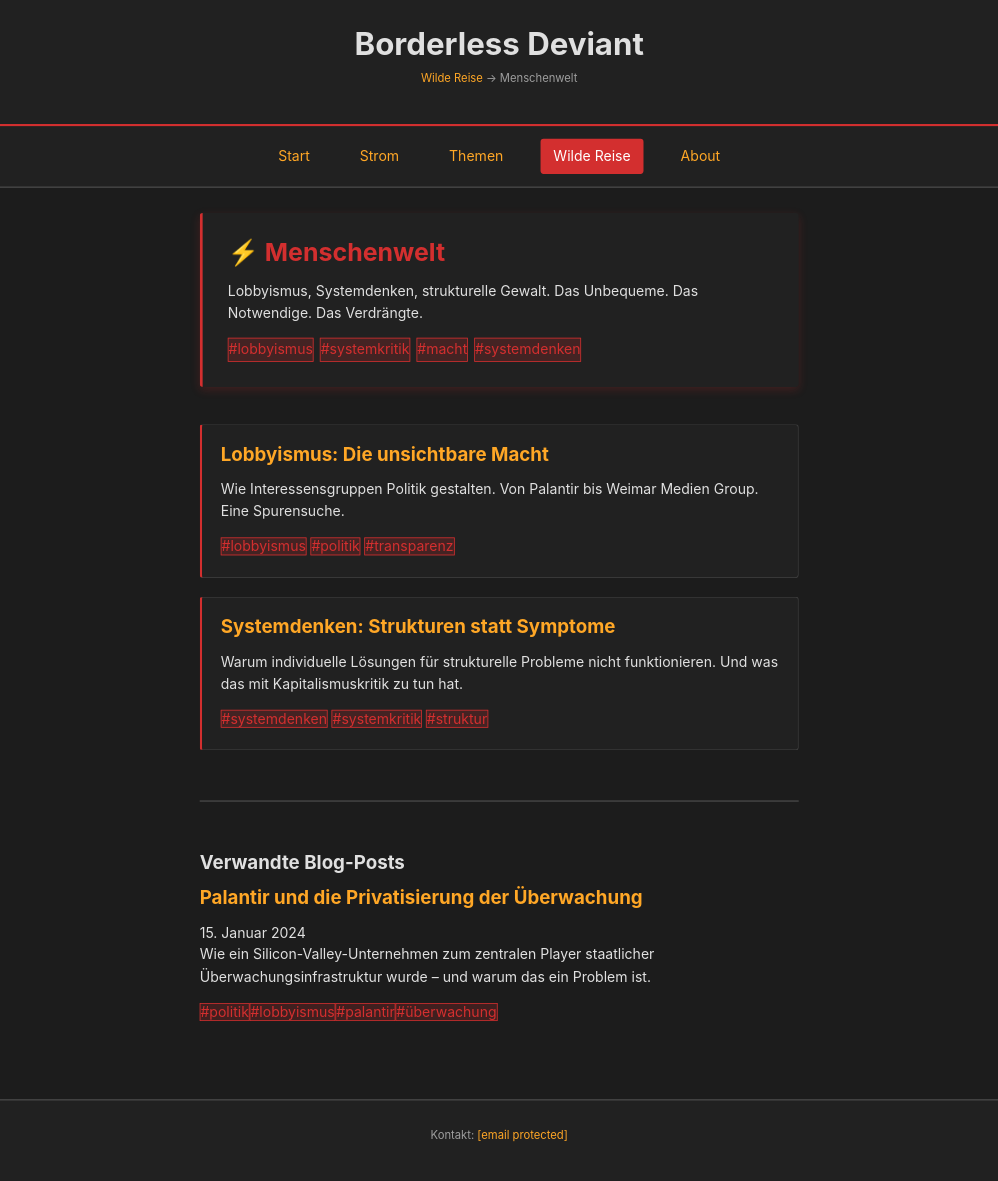
Repository: dev-without-borders/borderless-deviant
Page: bereiche/menschenwelt/index.html
An editor plug-in stored every save of this project. The page is shown before and after the next save, followed by the edit.
The browser window is 1280 px wide. The pictures show the whole page, at 78% of full size.

Above is the page before, as saved 2025-11-24 20:12:43.

### bereiche/menschenwelt/index.html
<!DOCTYPE html>
<html lang="de">
<head>
    <meta charset="UTF-8">
    <meta name="viewport" content="width=device-width, initial-scale=1.0">
    <title>Menschenwelt - Borderless Deviant</title>
    <link rel="stylesheet" href="../../css/base.css">
    <link rel="stylesheet" href="../../css/layout.css">
    <link rel="stylesheet" href="css/theme-menschenwelt.css">
</head>
<body class="theme-menschenwelt">
    <header class="site-header">
        <h1><a href="../../index.html">Borderless Deviant</a></h1>
        <p class="bereich-breadcrumb">
            <a href="../../wilde-reise.html">Wilde Reise</a> → Menschenwelt
        </p>
    </header>

    <nav class="main-nav">
        <a href="../../index.html">Start</a>
        <a href="../../strom.html">Strom</a>
        <a href="../../themen.html">Themen</a>
        <a href="../../wilde-reise.html" class="active">Wilde Reise</a>
        <a href="../../about.html">About</a>
    </nav>

    <main class="container">
        <section class="bereich-intro">
            <h2>⚡ Menschenwelt</h2>
            <p>
                Lobbyismus, Systemdenken, strukturelle Gewalt.
                Das Unbequeme. Das Notwendige. Das Verdrängte.
            </p>
            <div class="bereich-tags">
                <a href="../../themen.html?tag=%23lobbyismus" class="tag">#lobbyismus</a>
                <a href="../../themen.html?tag=%23systemkritik" class="tag">#systemkritik</a>
                <a href="../../themen.html?tag=%23macht" class="tag">#macht</a>
                <a href="../../themen.html?tag=%23systemdenken" class="tag">#systemdenken</a>
            </div>
        </section>

        <section class="bereich-content">
            <article class="static-post">
                <h3><a href="lobbyismus.html">Lobbyismus: Die unsichtbare Macht</a></h3>
                <p>
                    Wie Interessensgruppen Politik gestalten. Von Palantir bis
                    Weimar Medien Group. Eine Spurensuche.
                </p>
                <div class="post-tags">
                    <span class="tag" data-tag="#lobbyismus">#lobbyismus</span>
                    <span class="tag" data-tag="#politik">#politik</span>
                    <span class="tag" data-tag="#transparenz">#transparenz</span>
                </div>
            </article>

            <article class="static-post">
                <h3><a href="systemdenken.html">Systemdenken: Strukturen statt Symptome</a></h3>
                <p>
                    Warum individuelle Lösungen für strukturelle Probleme nicht funktionieren.
                    Und was das mit Kapitalismuskritik zu tun hat.
                </p>
                <div class="post-tags">
                    <span class="tag" data-tag="#systemdenken">#systemdenken</span>
                    <span class="tag" data-tag="#systemkritik">#systemkritik</span>
                    <span class="tag" data-tag="#struktur">#struktur</span>
                </div>
            </article>
        </section>

        <section class="related-from-blog">
            <h3>Verwandte Blog-Posts</h3>
            <div id="related-blog-posts">
                <!-- Wird von JavaScript gefüllt -->
            </div>
        </section>
    </main>

    <footer class="site-footer">
        <p>Kontakt: <a href="mailto:[email protected]">[email protected]</a></p>
    </footer>

    <script src="../../js/posts.js"></script>
    <script src="../../js/x-site-tags.js"></script>
    <script>
        loadRelatedPosts(['#lobbyismus', '#systemkritik', '#systemdenken', '#macht'], 'related-blog-posts');
        initCrossSiteTags();
    </script>
</body>
</html>

### css/base.css
/* ========================================
   RESET & BASICS
   ======================================== */

* {
    margin: 0;
    padding: 0;
    box-sizing: border-box;
}

:root {
    /* Farben - Platzhalter, später anpassen */
    --color-bg: #ffffff;
    --color-text: #1a1a1a;
    --color-accent: #0066cc;
    --color-muted: #666666;
    --color-border: #cccccc;

    /* Spacing */
    --space-xs: 0.5rem;
    --space-sm: 1rem;
    --space-md: 2rem;
    --space-lg: 4rem;

    /* Typography */
    --font-body: -apple-system, BlinkMacSystemFont, "Segoe UI", Roboto, sans-serif;
    --font-mono: "Courier New", Courier, monospace;

    --font-size-base: 18px;
    --line-height: 1.6;
}

body {
    font-family: var(--font-body);
    font-size: var(--font-size-base);
    line-height: var(--line-height);
    color: var(--color-text);
    background: var(--color-bg);
}

/* ========================================
   TYPOGRAPHY
   ======================================== */

h1, h2, h3, h4, h5, h6 {
    line-height: 1.2;
    margin-bottom: var(--space-sm);
}

h1 { font-size: 2.5rem; }
h2 { font-size: 2rem; }
h3 { font-size: 1.5rem; }

p {
    margin-bottom: var(--space-sm);
}

a {
    color: var(--color-accent);
    text-decoration: none;
}

a:hover {
    text-decoration: underline;
}

ul, ol {
    margin-left: var(--space-md);
    margin-bottom: var(--space-sm);
}

code {
    font-family: var(--font-mono);
    background: #f4f4f4;
    padding: 0.2em 0.4em;
    border-radius: 3px;
}

/* ========================================
   HEADER & FOOTER
   ======================================== */

.site-header {
    padding: var(--space-md) var(--space-sm);
    border-bottom: 2px solid var(--color-border);
    text-align: center;
}

.site-header h1 {
    margin-bottom: var(--space-xs);
}

.site-header h1 a {
    color: var(--color-text);
}

.tagline {
    color: var(--color-muted);
    font-size: 0.9rem;
}

.site-footer {
    margin-top: var(--space-lg);
    padding: var(--space-md) var(--space-sm);
    border-top: 2px solid var(--color-border);
    text-align: center;
    color: var(--color-muted);
    font-size: 0.9rem;
}

/* ========================================
   NAVIGATION
   ======================================== */

.main-nav {
    display: flex;
    justify-content: center;
    gap: var(--space-md);
    padding: var(--space-sm);
    background: #f9f9f9;
    border-bottom: 1px solid var(--color-border);
}

.main-nav a {
    padding: var(--space-xs) var(--space-sm);
    border-radius: 4px;
    transition: background 0.2s;
}

.main-nav a:hover {
    background: #e9e9e9;
    text-decoration: none;
}

.main-nav a.active {
    background: var(--color-accent);
    color: white;
}

/* ========================================
   LAYOUT CONTAINERS
   ======================================== */

.container {
    max-width: 800px;
    margin: 0 auto;
    padding: var(--space-md) var(--space-sm);
}

.page-header {
    margin-bottom: var(--space-md);
    padding-bottom: var(--space-sm);
    border-bottom: 1px solid var(--color-border);
}

/* ========================================
   RESPONSIVE
   ======================================== */

@media (max-width: 768px) {
    :root {
        --font-size-base: 16px;
    }

    .main-nav {
        flex-wrap: wrap;
        gap: var(--space-sm);
    }

    h1 { font-size: 2rem; }
    h2 { font-size: 1.5rem; }
}

### css/layout.css
/* ========================================
   WILDE REISE - Bereich-Grid
   ======================================== */

.bereich-grid {
    display: grid;
    grid-template-columns: repeat(auto-fit, minmax(280px, 1fr));
    gap: var(--space-md);
    margin-top: var(--space-lg);
}

.bereich-card {
    display: block;
    padding: var(--space-md);
    border: 2px solid var(--color-border);
    border-radius: 8px;
    text-decoration: none;
    color: var(--color-text);
    transition: all 0.3s;
}

.bereich-card:hover {
    transform: translateY(-4px);
    box-shadow: 0 4px 12px rgba(0,0,0,0.15);
    text-decoration: none;
}

.bereich-card h3 {
    margin-bottom: var(--space-xs);
}

.bereich-card p {
    color: var(--color-muted);
    font-size: 0.9rem;
    margin-bottom: var(--space-sm);
}

.tag-preview {
    display: block;
    font-size: 0.8rem;
    color: var(--color-accent);
    font-family: var(--font-mono);
}

/* Individuelle Bereich-Farben */
.bereich-spielerei { border-left: 4px solid #ff6b6b; }
.bereich-kodierung { border-left: 4px solid #58a6ff; }
.bereich-geistesblitze { border-left: 4px solid #ffe66d; }
.bereich-menschenwelt { border-left: 4px solid #d32f2f; }

/* ========================================
   BEREICH-SEITEN
   ======================================== */

.bereich-breadcrumb {
    font-size: 0.9rem;
    color: var(--color-muted);
    margin-top: var(--space-xs);
}

.bereich-intro {
    background: #f9f9f9;
    padding: var(--space-md);
    border-radius: 8px;
    border-left: 4px solid var(--color-accent);
    margin-bottom: var(--space-lg);
}

.bereich-tags {
    display: flex;
    flex-wrap: wrap;
    gap: var(--space-xs);
    margin-top: var(--space-sm);
}

.static-post {
    margin-bottom: var(--space-md);
    padding: var(--space-md);
    border: 1px solid var(--color-border);
    border-radius: 4px;
}

.related-from-blog {
    margin-top: var(--space-lg);
    padding-top: var(--space-lg);
    border-top: 2px solid var(--color-border);
}

/* ========================================
   TAG-SUCHE (Themen-Seite)
   ======================================== */

.tag-search-bar {
    position: relative;
    margin-bottom: var(--space-lg);
}

.tag-search-bar input {
    width: 100%;
    padding: 1rem;
    font-size: 1.1rem;
    border: 2px solid var(--color-border);
    border-radius: 8px;
    font-family: var(--font-mono);
}

.tag-search-bar input:focus {
    outline: none;
    border-color: var(--color-accent);
}

.results-section {
    margin-bottom: var(--space-lg);
}

.results-section h4 {
    margin-bottom: var(--space-md);
    padding-bottom: var(--space-xs);
    border-bottom: 2px solid var(--color-border);
}

.result-card {
    margin-bottom: var(--space-md);
    padding: var(--space-md);
    border: 1px solid var(--color-border);
    border-radius: 4px;
}

.result-type {
    display: inline-block;
    font-size: 0.8rem;
    padding: 0.2em 0.6em;
    background: var(--color-accent);
    color: white;
    border-radius: 3px;
    margin-bottom: var(--space-xs);
}

.result-card.static-page {
    border-left: 3px solid #4ecdc4;
}

.result-card.blog-post {
    border-left: 3px solid #ff6b6b;
}

.result-tags {
    margin-top: var(--space-sm);
}

.no-results {
    text-align: center;
    padding: var(--space-lg);
    color: var(--color-muted);
}

.count {
    color: var(--color-muted);
    font-size: 0.9em;
}

### bereiche/menschenwelt/css/theme-menschenwelt.css
/* ========================================
   THEME: MENSCHENWELT
   Düster, Ernst, Politisch
   ======================================== */

.theme-menschenwelt {
    --color-bg: #1c1c1c;
    --color-text: #e0e0e0;
    --color-accent: #d32f2f;
    --color-secondary: #ffa726;
    --color-muted: #9e9e9e;
    --color-border: #424242;

    background: var(--color-bg);
    color: var(--color-text);
}

.theme-menschenwelt a {
    color: var(--color-secondary);
}

.theme-menschenwelt .site-header {
    background: #212121;
    border-bottom: 3px solid var(--color-accent);
}

.theme-menschenwelt .main-nav {
    background: #212121;
    border-bottom: 2px solid var(--color-border);
}

.theme-menschenwelt .main-nav a.active {
    background: var(--color-accent);
    color: #fff;
}

.theme-menschenwelt .bereich-intro {
    background: #212121;
    padding: 2rem;
    border-radius: 4px;
    border-left: 4px solid var(--color-accent);
    margin-bottom: 3rem;
    box-shadow: 0 4px 12px rgba(211, 47, 47, 0.2);
}

.theme-menschenwelt .static-post {
    background: #212121;
    padding: 1.5rem;
    border-radius: 4px;
    margin-bottom: 1.5rem;
    border-left: 3px solid var(--color-accent);
    transition: border-left-width 0.2s;
}

.theme-menschenwelt .static-post:hover {
    border-left-width: 5px;
}

.theme-menschenwelt .tag {
    background: rgba(211, 47, 47, 0.2);
    color: var(--color-accent);
    border: 1px solid var(--color-accent);
}

.theme-menschenwelt .tag:hover {
    background: var(--color-accent);
    color: #fff;
}

.theme-menschenwelt h2 {
    color: var(--color-accent);
    font-weight: bold;
}

.theme-menschenwelt .site-footer {
    border-top: 2px solid var(--color-border);
    background: #212121;
}

### js/posts.js
// ========================================
// POSTS LADEN & VERWALTEN
// ========================================

let postsData = null;

// Posts.json laden
async function loadPostsData() {
    if (postsData) return postsData;

    try {
        const response = await fetch('api/posts.json');
        postsData = await response.json();
        return postsData;
    } catch (error) {
        console.error('Fehler beim Laden der Posts:', error);
        return { posts: [], themes: {} };
    }
}

// Neueste Posts anzeigen (für index.html)
async function loadRecentPosts(count, containerId) {
    const data = await loadPostsData();
    const container = document.getElementById(containerId);

    if (!container) return;

    // Sortiere nach Datum (neueste zuerst)
    const recentPosts = data.posts
        .sort((a, b) => new Date(b.date) - new Date(a.date))
        .slice(0, count);

    if (recentPosts.length === 0) {
        container.innerHTML = '<p>Noch keine Posts vorhanden.</p>';
        return;
    }

    container.innerHTML = recentPosts.map(post => createPostCard(post)).join('');
}

// Alle Posts anzeigen (für strom.html)
async function loadAllPosts(containerId) {
    const data = await loadPostsData();
    const container = document.getElementById(containerId);

    if (!container) return;

    const sortedPosts = data.posts.sort((a, b) => new Date(b.date) - new Date(a.date));

    if (sortedPosts.length === 0) {
        container.innerHTML = '<p>Noch keine Posts vorhanden.</p>';
        return;
    }

    container.innerHTML = sortedPosts.map(post => createPostCard(post)).join('');
}

// Post-Card HTML generieren
function createPostCard(post) {
    const dateFormatted = new Date(post.date).toLocaleDateString('de-DE', {
        year: 'numeric',
        month: 'long',
        day: 'numeric'
    });

    const tagsHtml = post.tags
        .map(tag => `<span class="tag" data-tag="${tag}">${tag}</span>`)
        .join('');

    return `
        <article class="post-card">
            <h3><a href="${post.file}">${post.title}</a></h3>
            <div class="post-meta">
                <time datetime="${post.date}">${dateFormatted}</time>
            </div>
            <p class="post-excerpt">${post.excerpt}</p>
            <div class="post-tags">${tagsHtml}</div>
        </article>
    `;
}

// Datum formatieren
function formatDate(dateString) {
    return new Date(dateString).toLocaleDateString('de-DE', {
        year: 'numeric',
        month: 'long',
        day: 'numeric'
    });
}

Loaded but not shown: api/posts.json (49 lines, source omitted); js/x-site-tags.js (219 lines, source omitted)

After the next save:
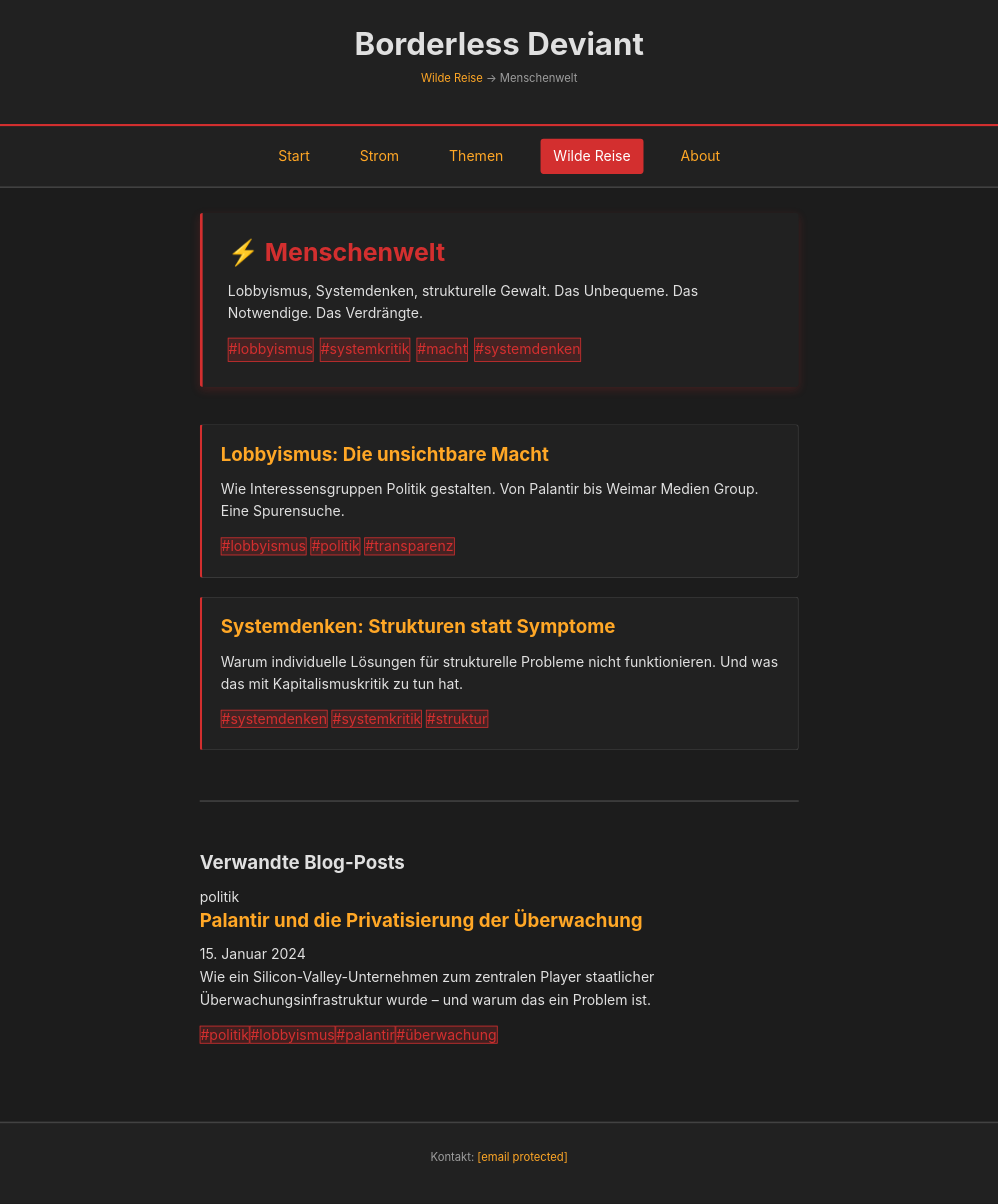
Saved 17 s later.
--- a/js/posts.js
+++ b/js/posts.js
@@ -1,89 +1,106 @@
 // ========================================
-// POSTS LADEN & VERWALTEN
+// POSTS-VERWALTUNG
+// Aktualisiert für neue Struktur
 // ========================================
 
 let postsData = null;
 
-// Posts.json laden
+// Posts-Daten laden
 async function loadPostsData() {
     if (postsData) return postsData;
 
     try {
-        const response = await fetch('api/posts.json');
+        const response = await fetch('/api/posts.json');
         postsData = await response.json();
         return postsData;
     } catch (error) {
         console.error('Fehler beim Laden der Posts:', error);
-        return { posts: [], themes: {} };
+        return { posts: [] };
     }
 }
 
-// Neueste Posts anzeigen (für index.html)
-async function loadRecentPosts(count, containerId) {
+// Post-Card HTML erstellen
+function createPostCard(post) {
+    const tags = post.tags.map(tag =>
+        `<span class="tag clickable-tag" data-tag="${tag}">${tag}</span>`
+    ).join('');
+
+    return `
+        <article class="post-card">
+            ${post.theme ? `<span class="post-theme theme-${post.theme}">${post.theme}</span>` : ''}
+            <h3><a href="${post.file}">${post.title}</a></h3>
+            <div class="post-meta">
+                <time datetime="${post.date}">${formatDate(post.date)}</time>
+            </div>
+            <p>${post.excerpt}</p>
+            <div class="post-tags">${tags}</div>
+        </article>
+    `;
+}
+
+// Datum formatieren
+function formatDate(dateString) {
+    const date = new Date(dateString);
+    const options = { year: 'numeric', month: 'long', day: 'numeric' };
+    return date.toLocaleDateString('de-DE', options);
+}
+
+// Neueste Posts laden (für Startseite)
+async function loadRecentPosts(containerId, limit = 5) {
     const data = await loadPostsData();
     const container = document.getElementById(containerId);
 
     if (!container) return;
 
     // Sortiere nach Datum (neueste zuerst)
-    const recentPosts = data.posts
+    const recentPosts = [...data.posts]
         .sort((a, b) => new Date(b.date) - new Date(a.date))
-        .slice(0, count);
-
-    if (recentPosts.length === 0) {
-        container.innerHTML = '<p>Noch keine Posts vorhanden.</p>';
-        return;
-    }
+        .slice(0, limit);
 
     container.innerHTML = recentPosts.map(post => createPostCard(post)).join('');
+
+    // Tags klickbar machen
+    if (typeof initCrossSiteTags === 'function') {
+        initCrossSiteTags();
+    }
 }
 
-// Alle Posts anzeigen (für strom.html)
+// Alle Posts laden (für Strom-Seite)
 async function loadAllPosts(containerId) {
     const data = await loadPostsData();
     const container = document.getElementById(containerId);
 
     if (!container) return;
 
-    const sortedPosts = data.posts.sort((a, b) => new Date(b.date) - new Date(a.date));
+    // Sortiere nach Datum (neueste zuerst)
+    const sortedPosts = [...data.posts].sort((a, b) => new Date(b.date) - new Date(a.date));
 
-    if (sortedPosts.length === 0) {
-        container.innerHTML = '<p>Noch keine Posts vorhanden.</p>';
+    container.innerHTML = sortedPosts.map(post => createPostCard(post)).join('');
+
+    // Tags klickbar machen
+    if (typeof initCrossSiteTags === 'function') {
+        initCrossSiteTags();
+    }
+}
+
+// Posts nach Theme filtern
+async function filterPostsByTheme(theme, containerId) {
+    const data = await loadPostsData();
+    const container = document.getElementById(containerId);
+
+    if (!container) return;
+
+    const filteredPosts = data.posts.filter(post => post.theme === theme);
+
+    if (filteredPosts.length === 0) {
+        container.innerHTML = '<p>Keine Posts in dieser Kategorie.</p>';
         return;
     }
 
-    container.innerHTML = sortedPosts.map(post => createPostCard(post)).join('');
+    container.innerHTML = filteredPosts.map(post => createPostCard(post)).join('');
+
+    // Tags klickbar machen
+    if (typeof initCrossSiteTags === 'function') {
+        initCrossSiteTags();
+    }
 }
-
-// Post-Card HTML generieren
-function createPostCard(post) {
-    const dateFormatted = new Date(post.date).toLocaleDateString('de-DE', {
-        year: 'numeric',
-        month: 'long',
-        day: 'numeric'
-    });
-
-    const tagsHtml = post.tags
-        .map(tag => `<span class="tag" data-tag="${tag}">${tag}</span>`)
-        .join('');
-
-    return `
-        <article class="post-card">
-            <h3><a href="${post.file}">${post.title}</a></h3>
-            <div class="post-meta">
-                <time datetime="${post.date}">${dateFormatted}</time>
-            </div>
-            <p class="post-excerpt">${post.excerpt}</p>
-            <div class="post-tags">${tagsHtml}</div>
-        </article>
-    `;
-}
-
-// Datum formatieren
-function formatDate(dateString) {
-    return new Date(dateString).toLocaleDateString('de-DE', {
-        year: 'numeric',
-        month: 'long',
-        day: 'numeric'
-    });
-}
